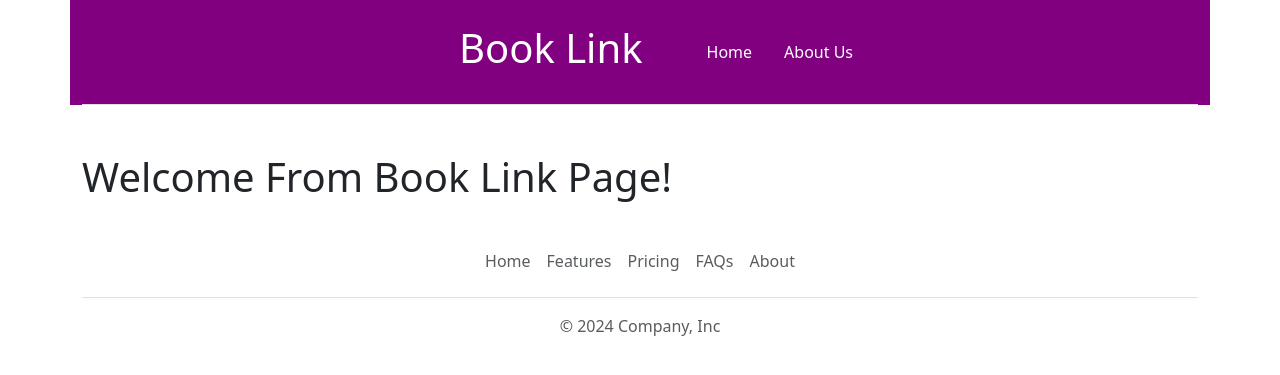
Repository: nyeinsu4520/coursera-test
Page: http://localhost/index
The author's editor kept a copy of each file at every save. The page is drawn from the files as they stood at one save, then again after the next save.
The browser window is 1280 px wide. The pictures show the whole page.
Some web fonts or font styles are not loaded; a fallback is used. The page is this project's Thymeleaf template; nobody is signed in. The template is opened directly, without the code that normally fills it, so the values that code supplies are empty.

Above is the page before, as saved 2024-05-28 03:58:00.

### BookLink/src/main/resources/templates/index.html
<!DOCTYPE html>
<html>
<head>
<meta charset="ISO-8859-1">
<title>Insert title here</title>
<link rel="stylesheet" href="/bootstrap/css/bootstrap.min.css">
<script type="text/javascript" src="../static/bootstrap/js/bootstrap.bundle.min.js"></script>
<link rel="preconnect" href="https://fonts.googleapis.com">
<link rel="preconnect" href="https://fonts.gstatic.com" crossorigin>
<link href="https://fonts.googleapis.com/css2?family=Jersey+20&family=Jersey+25&family=Josefin+Sans:ital,wght@0,100..700;1,100..700&family=Noto+Sans+Myanmar:wght@100;200;300;400;500;600;700;800;900&family=Nunito+Sans:ital,opsz,wght@0,6..12,200..1000;1,6..12,200..1000&family=Padauk:wght@400;700&family=Platypi:ital,wght@0,300..800;1,300..800&family=Poppins:ital,wght@0,100;0,200;0,300;0,400;0,500;0,600;0,700;0,800;0,900;1,100;1,200;1,300;1,400;1,500;1,600;1,700;1,800;1,900&family=Roboto:ital,wght@0,100;0,300;0,400;0,500;0,700;0,900;1,100;1,300;1,400;1,500;1,700;1,900&display=swap" rel="stylesheet">
<style>
.navbar-purple {
    background-color: purple;
}

.navbar-purple .nav-link {
    color: white !important;
}
</style>
</head>
<body>

<div class="container  navbar-purple">
    <header class="d-flex flex-wrap justify-content-center py-3 mb-4 border-bottom">
    <nav class="navbar">
     <h1 class="px-5 text-white">Book Link</h1>
      <ul class="nav nav-pills purple-nav-link">
        <li class="nav-item"><a href="#" class="nav-link " aria-current="page">Home</a></li>
        <li class="nav-item"><a href="#" class="nav-link">About Us</a></li>
      </ul>
     </nav>
    </header>
  </div>

  <main>
  <div class="container mt-5">
  <h1>Welcome From Book Link Page!</h1>
  </div>
  </main>

  <div class="container">
  <footer class="py-3 my-4">
    <ul class="nav justify-content-center border-bottom pb-3 mb-3">
      <li class="nav-item"><a href="#" class="nav-link px-2 text-body-secondary">Home</a></li>
      <li class="nav-item"><a href="#" class="nav-link px-2 text-body-secondary">Features</a></li>
      <li class="nav-item"><a href="#" class="nav-link px-2 text-body-secondary">Pricing</a></li>
      <li class="nav-item"><a href="#" class="nav-link px-2 text-body-secondary">FAQs</a></li>
      <li class="nav-item"><a href="#" class="nav-link px-2 text-body-secondary">About</a></li>
    </ul>
    <p class="text-center text-body-secondary">&copy; 2024 Company, Inc</p>
  </footer>
</div>

</body>
</html>

Loaded but not shown: BookLink/src/main/resources/static/bootstrap/css/bootstrap.min.css (library); BookLink/src/main/resources/static/bootstrap/js/bootstrap.bundle.min.js (library)

After the next save:
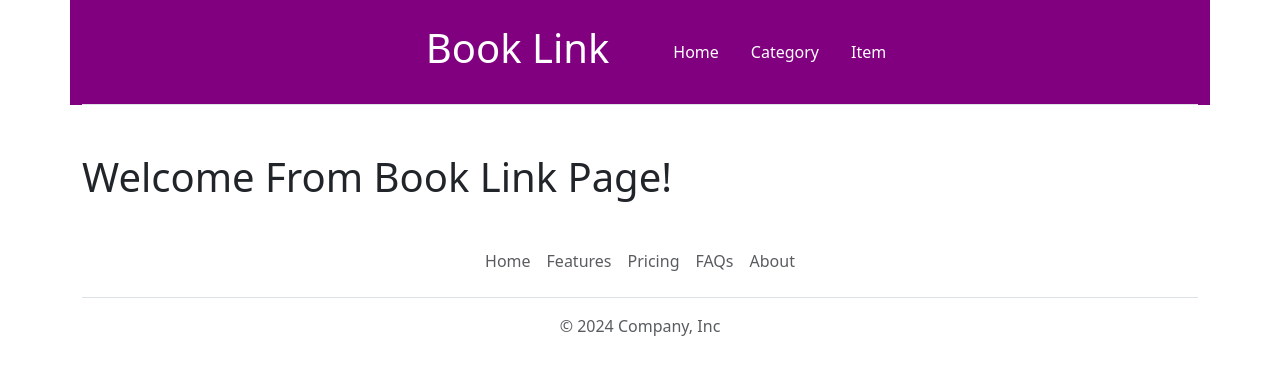
Saved 110 s later.
--- a/BookLink/src/main/resources/templates/index.html
+++ b/BookLink/src/main/resources/templates/index.html
@@ -26,7 +26,8 @@
      <h1 class="px-5 text-white">Book Link</h1>
       <ul class="nav nav-pills purple-nav-link">
         <li class="nav-item"><a href="#" class="nav-link " aria-current="page">Home</a></li>
-        <li class="nav-item"><a href="#" class="nav-link">About Us</a></li>
+        <li class="nav-item"><a href="#" class="nav-link">Category</a></li>
+        <li class="nav-item"><a href="#" class="nav-link">Item</a></li>
       </ul>
      </nav>
     </header>
